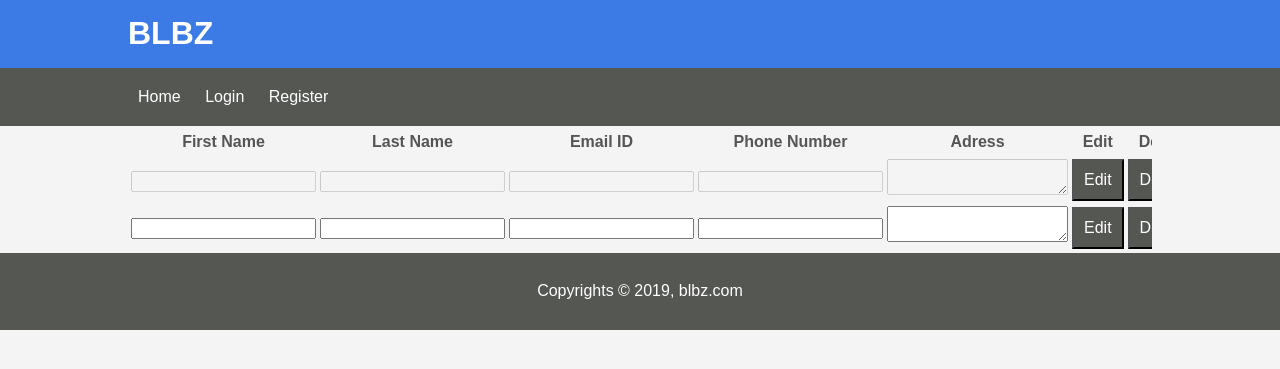
Repository: Kutty39/WebApps
Page: http://localhost/WebPageApp1/editpage.jsp
These files come from the project's save history. The page is drawn as it stood at one moment and after the next save; the edit follows.
The browser window is 1280 px wide. The pictures show the whole page.
The page is served by Tomcat 9.

Above is the page before, as saved 2019-12-10 04:30:50.

After the next save:
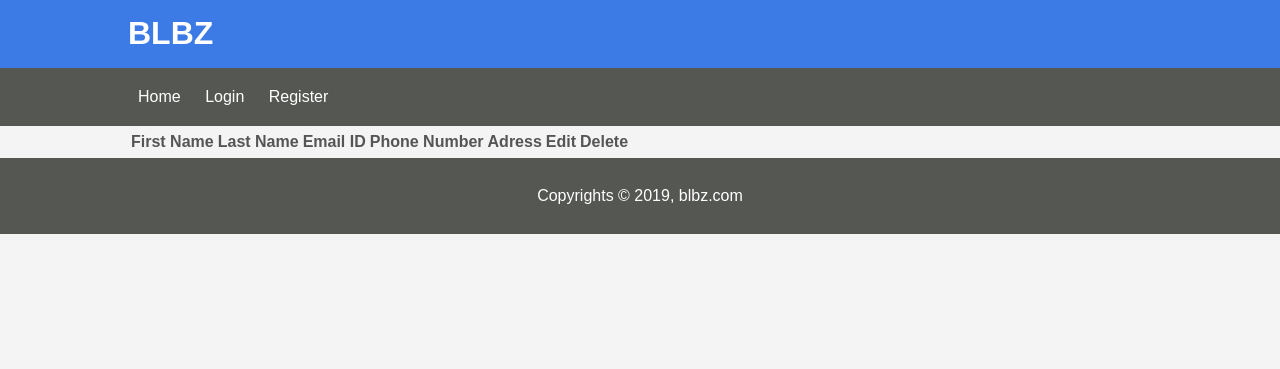
Saved 30 s later.
--- a/LoginRegistrationPage/WebPageApp1/src/main/webapp/editpage.jsp
+++ b/LoginRegistrationPage/WebPageApp1/src/main/webapp/editpage.jsp
@@ -39,46 +39,7 @@ pageEncoding="UTF-8"%>
 					<th>Edit</th>
 					<th>Delete</th>
 				</tr>
-				<tr>
-					<td><input class="tr-1 td-1" type="text" name="fname"
-						required="required" disabled="disabled"></td>
-					<td><input class="tr-1 td-2" type="text" name="lname"
-						required="required" disabled="disabled"></td>
-					<td>
-						<p class="hd-lbl eid" hidden>*Mandatory field</p> <input
-						class="tr-1 td-3" type="text" id="eid" name="eid"
-						required="required" disabled="disabled">
-					</td>
-					<td>
-						<p class="hd-lbl phn" hidden>*Mandatory field</p> <input
-						class="tr-1 td-4" type="text" name="phn" required="required" disabled="disabled">
-					</td>
-					<td><textarea class="tr-1 td-5" name="adrs"
-							required="required" disabled="disabled"></textarea></td>
-					<td><input class="tr-1 td-6 button" type="submit" value="Edit"></td>
-					<td><input class="button tr-1 td-7" type="submit"
-						value="Delete"></td>
-				</tr>
-				<tr>
-					<td><input class="tr-1 td-1" type="text" name="fname"
-						required="required"></td>
-					<td><input class="tr-1 td-2" type="text" name="lname"
-						required="required"></td>
-					<td>
-						<p class="hd-lbl eid" hidden>*Mandatory field</p> <input
-						class="tr-1 td-3" type="text" id="eid" name="eid"
-						required="required">
-					</td>
-					<td>
-						<p class="hd-lbl phn" hidden>*Mandatory field</p> <input
-						class="tr-1 td-4" type="text" name="phn" required="required">
-					</td>
-					<td><textarea class="tr-1 td-5" name="adrs"
-							required="required"></textarea></td>
-					<td><input class="tr-1 td-6 button" type="button" value="Edit"></td>
-					<td><input class="button tr-1 td-7" type="button"
-						value="Delete"></td>
-				</tr>
+				<%%>
 			</table>
 		</div>
 	</section>
